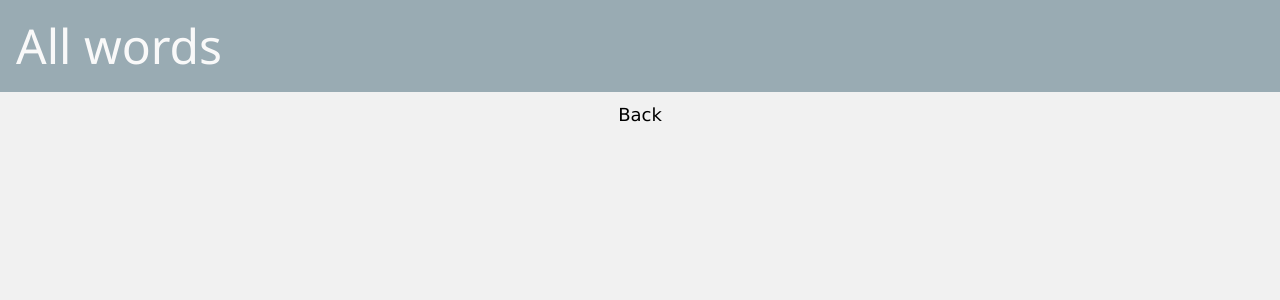
Repository: OleksandrDoskaliukKN313/IIC
Page: http://localhost/WebDictionary/allWords
An editor plug-in stored every save of this project. The page is shown before and after the next save, followed by the edit.
The browser window is 1280 px wide. The pictures show the whole page.
The page is served by Tomcat 9. Queries for data that is not in the repository find no rows.

Above is the page before, as saved 2020-10-12 10:16:15.

After the next save:
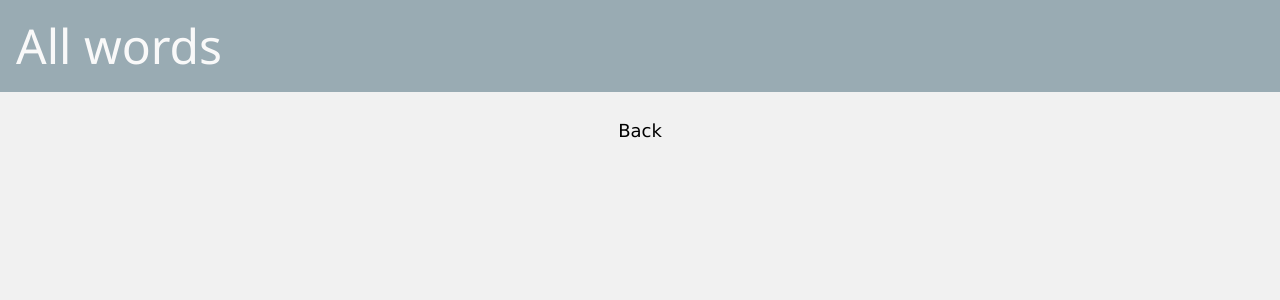
Saved 14 s later.
--- a/WebDictionary/WebContent/allWords.jsp
+++ b/WebDictionary/WebContent/allWords.jsp
@@ -25,7 +25,7 @@
 	}
 
 %>
-<button class="w3-btn w3-hover-red w3-round-large w3-large" onclick="location.href='index.html'">Back</button>
+<button class="w3-btn w3-hover-red w3-round-large w3-large w3-margin-top" onclick="location.href='index.html' ">Back</button>
 </div>
 
 </body>
